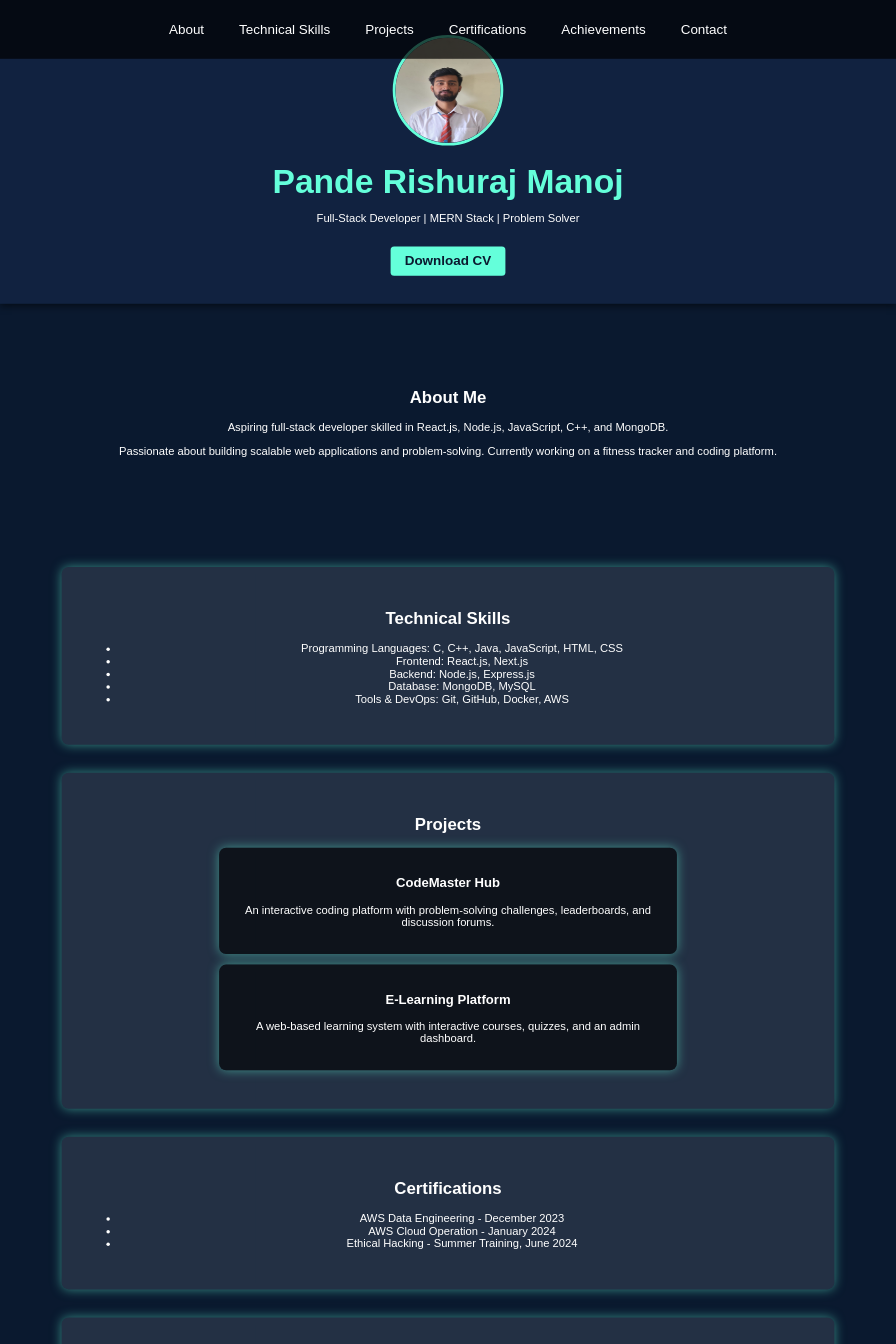
Repository: Rishuraj-Pandey/portfolio
Page: index.html
These files come from the project's save history. The page is drawn as it stood at one moment and after the next save; the edit follows.
The browser window is 1280 px wide. The pictures show the part of the page from y = 0 to 1920 px (the page is 2838 px tall before and 2781 px after), at 70% of full size.

Above is the page before, as saved 2025-03-22 01:23:27.

### index.html
<!DOCTYPE html>
<html lang="en">
<head>
    <meta charset="UTF-8">
    <meta name="viewport" content="width=device-width, initial-scale=1.0">
    <title>Pande Rishuraj Manoj - Portfolio</title>
    <link rel="stylesheet" href="style.css">
</head>
<body>
    <header>
        <img src="profile.jpg.jpg" alt="Profile Picture" class="profile-pic">
        <h1>Pande Rishuraj Manoj</h1>
        <p>Full-Stack Developer | MERN Stack | Problem Solver</p>
        <a href="resume.pdf" download class="download-cv">Download CV</a>
    </header>

    <nav>
        <ul>
            <li><a href="#about">About</a></li>
            <li><a href="#tech">Technical Skills</a></li>
            <li><a href="#projects">Projects</a></li>
            <li><a href="#certifications">Certifications</a></li>
            <li><a href="#achievements">Achievements</a></li>
            <li><a href="#contact">Contact</a></li>
        </ul>
    </nav>

    <section class="about" id="about">
        <h2>About Me</h2>
        <p>Aspiring full-stack developer skilled in React.js, Node.js, JavaScript, C++, and MongoDB.</p>
        <p>Passionate about building scalable web applications and problem-solving. Currently working on a fitness tracker and coding platform.</p>
    </section>

    <section class="tech" id="tech">
        <h2>Technical Skills</h2>
        <ul>
            <li>Programming Languages: C, C++, Java, JavaScript, HTML, CSS</li>
            <li>Frontend: React.js, Next.js</li>
            <li>Backend: Node.js, Express.js</li>
            <li>Database: MongoDB, MySQL</li>
            <li>Tools & DevOps: Git, GitHub, Docker, AWS</li>
        </ul>
    </section>

    <section class="projects" id="projects">
        <h2>Projects</h2>
        <div class="project-card">
            <h3>CodeMaster Hub</h3>
            <p>An interactive coding platform with problem-solving challenges, leaderboards, and discussion forums.</p>
        </div>
        <div class="project-card">
            <h3>E-Learning Platform</h3>
            <p>A web-based learning system with interactive courses, quizzes, and an admin dashboard.</p>
        </div>
    </section>

    <section class="certifications" id="certifications">
        <h2>Certifications</h2>
        <ul>
            <li>AWS Data Engineering - December 2023</li>
            <li>AWS Cloud Operation - January 2024</li>
            <li>Ethical Hacking - Summer Training, June 2024</li>
        </ul>
    </section>

    <section class="achievements" id="achievements">
        <h2>Academic Achievements</h2>
        <ul>
            <li>Secured 5-Star Badge in C++ & Problem-Solving on HackerRank</li>
            <li>Ranked 6th in National Science Day Coding Competition (200+ participants)</li>
        </ul>
    </section>

    <section class="experience" id="experience">
        <h2>Work & Internship Experience</h2>
        <p>Currently working on full-stack development projects and open-source contributions.</p>
        <p>Previously completed a summer internship in Ethical Hacking.</p>
    </section>

    <section class="contact" id="contact">
        <h2>Contact</h2>
        <p>Email: <a href="mailto:rishurajpande@gmail.com">rishurajpande@gmail.com</a></p>
        <p>LinkedIn: <a href="https://www.linkedin.com/in/rishuraj-pandey-08a9012b0/" target="_blank">linkedin.com/in/rishuraj-pandey</a></p>
        <p>GitHub: <a href="https://github.com/rishurajpande" target="_blank">github.com/rishurajpande</a></p>
    </section>

    <footer>
        <p>&copy; 2025 Pande Rishuraj Manoj. All Rights Reserved.</p>
    </footer>
</body>
</html>

### style.css
body {
    font-family: 'Poppins', sans-serif;
    margin: 0;
    padding: 0;
    background: #0a192f;
    color: white;
    text-align: center;
    scroll-behavior: smooth;
}

header {
    background: #112240;
    padding: 40px 20px;
    box-shadow: 0px 4px 10px rgba(0, 0, 0, 0.5);
    position: relative;
}

h1 {
    margin: 10px 0;
    font-size: 3em;
    color: #64ffda;
}

.profile-pic {
    width: 150px;
    height: 150px;
    border-radius: 50%;
    margin: 10px 0;
    border: 4px solid #64ffda;
}

.download-cv {
    display: inline-block;
    margin-top: 15px;
    padding: 10px 20px;
    font-size: 1.2em;
    color: #0a192f;
    background: #64ffda;
    border-radius: 5px;
    text-decoration: none;
    font-weight: bold;
    transition: background 0.3s ease-in-out;
}

.download-cv:hover {
    background: #52e0c4;
}

nav {
    background: rgba(0, 0, 0, 0.7);
    position: fixed;
    top: 0;
    width: 100%;
    padding: 15px 0;
    z-index: 1000;
    transition: all 0.3s;
}

nav ul {
    list-style: none;
    padding: 0;
    display: flex;
    justify-content: center;
    gap: 20px;
}

nav ul li {
    display: inline;
}

nav ul li a {
    color: white;
    text-decoration: none;
    padding: 10px 15px;
    font-size: 1.2em;
    transition: color 0.3s, transform 0.2s;
}

nav ul li a:hover {
    color: #64ffda;
    transform: scale(1.1);
}

section {
    padding: 100px 20px;
}

.tech, .certifications, .achievements, .projects, .experience {
    background: rgba(255, 255, 255, 0.1);
    padding: 40px;
    border-radius: 10px;
    margin: 40px auto;
    width: 80%;
    box-shadow: 0px 0px 15px rgba(100, 255, 218, 0.5);
    animation: fadeIn 1.2s ease-in-out;
}

.project-card {
    background-color: rgba(0, 0, 0, 0.6);
    padding: 20px;
    margin: 15px auto;
    width: 60%;
    border-radius: 10px;
    box-shadow: 0px 0px 15px rgba(100, 255, 218, 0.5);
    transition: transform 0.3s, box-shadow 0.3s;
}

.project-card:hover {
    transform: scale(1.05);
    box-shadow: 0px 0px 25px rgba(100, 255, 218, 0.8);
}

.contact a {
    color: #64ffda;
    text-decoration: none;
    font-weight: bold;
}

.contact a:hover {
    text-decoration: underline;
    color: #ff6600;
}

footer {
    background: rgba(0, 0, 0, 0.8);
    padding: 20px;
    font-size: 1em;
}

@keyframes fadeIn {
    from { opacity: 0; }
    to { opacity: 1; }
}

@media (max-width: 768px) {
    nav ul {
        flex-direction: column;
        text-align: center;
    }
    .project-card, .tech, .certifications, .achievements, .experience {
        width: 90%;
    }
}

After the next save:
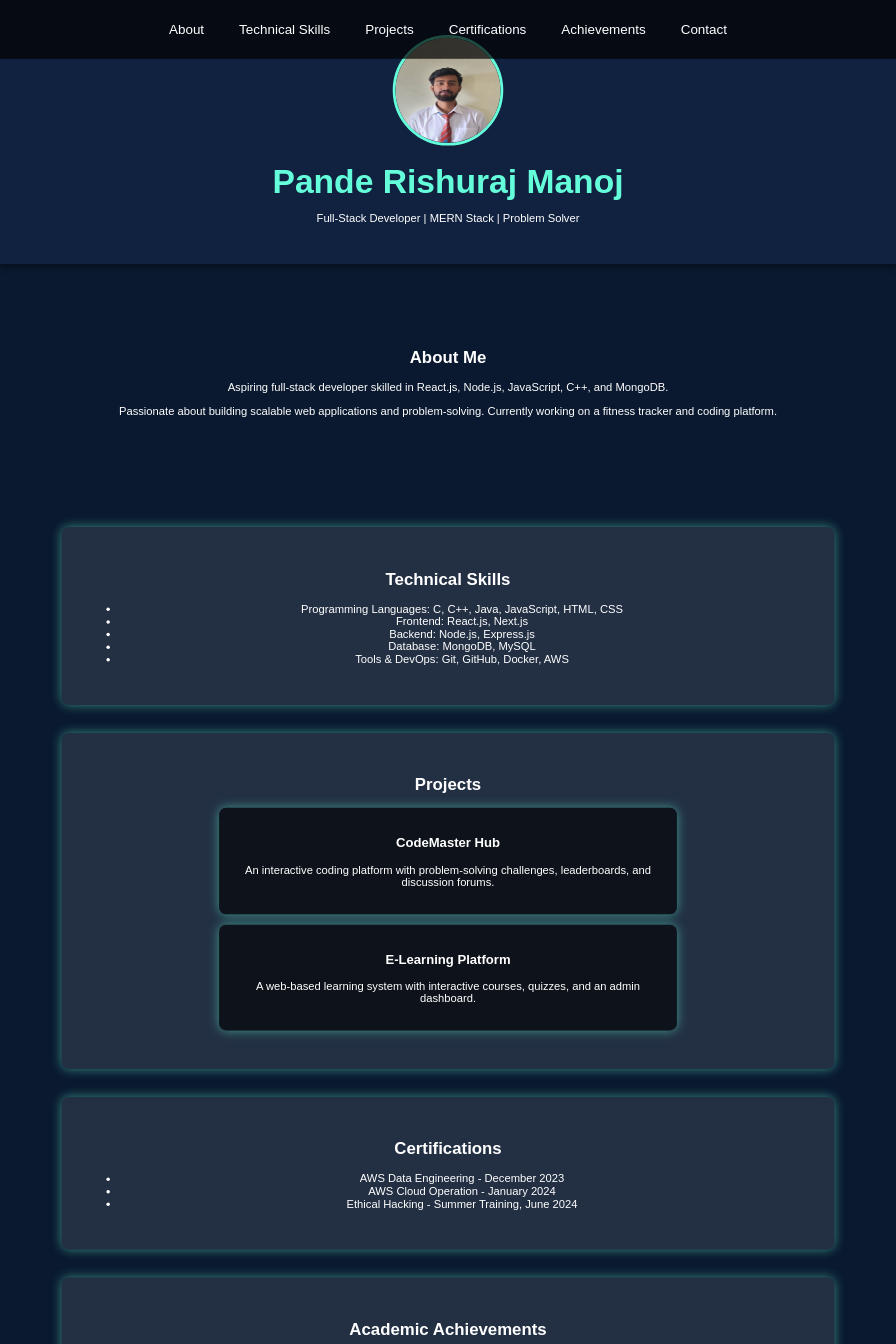
Saved 79 s later.
--- a/index.html
+++ b/index.html
@@ -11,7 +11,6 @@
         <img src="profile.jpg.jpg" alt="Profile Picture" class="profile-pic">
         <h1>Pande Rishuraj Manoj</h1>
         <p>Full-Stack Developer | MERN Stack | Problem Solver</p>
-        <a href="resume.pdf" download class="download-cv">Download CV</a>
     </header>
 
     <nav>
